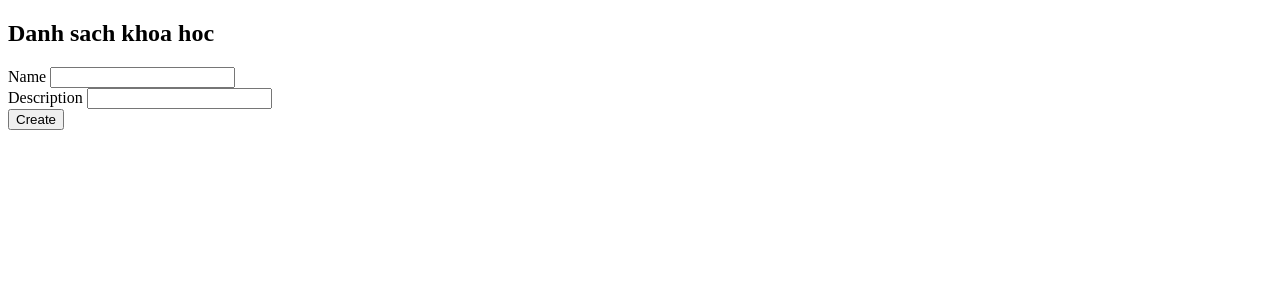
Repository: Zain1409/company
Page: client/test/demo.html
These files come from the project's save history. The page is drawn as it stood at one moment and after the next save; the edit follows.
The browser window is 1280 px wide. The pictures show the whole page.

Above is the page before, as saved 2021-04-05 14:18:32.

After the next save:
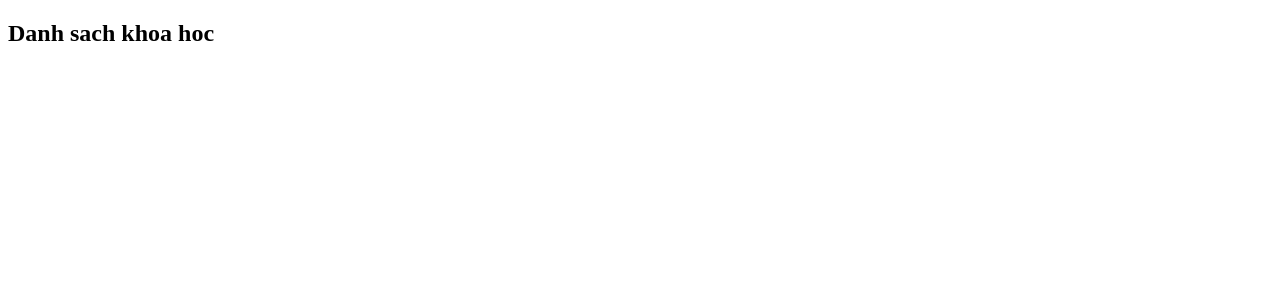
Saved 44 s later.
--- a/client/test/demo.html
+++ b/client/test/demo.html
@@ -8,7 +8,7 @@
 <body>
    <div>
        <h2>Danh sach khoa hoc</h2>
-       <ul id="list-courses">
+       <!-- <ul id="list-courses">
 
        </ul>
    </div>
@@ -23,7 +23,7 @@
        </div>
        <div>
            <button id="create">Create</button>
-       </div>
+       </div> -->
    </div>
    <script src="https://cdn.jsdelivr.net/npm/axios/dist/axios.min.js"></script>
    <script src="https://unpkg.com/axios/dist/axios.min.js"></script>
